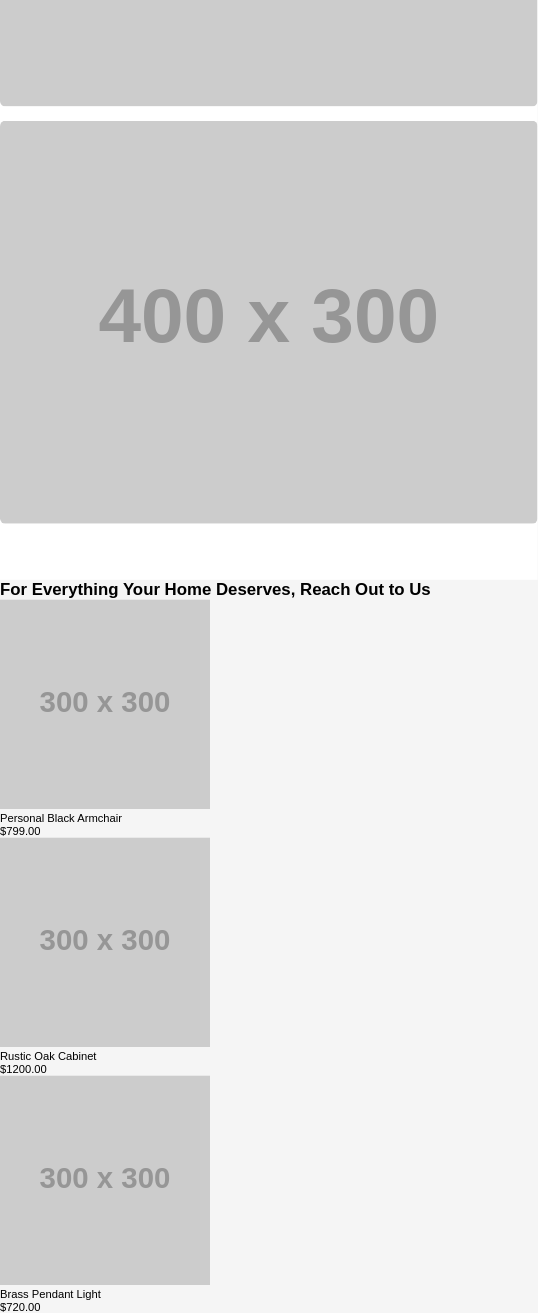
Repository: Patience225/home-decor-studio
Page: index.html
The author's editor kept a copy of each file at every save. The page is drawn from the files as they stood at one save, then again after a run of saves.
The browser window is 768 px wide. The pictures show the part of the page from y = 1646 to 3886 px (the page is 3522 px tall before and 3886 px after), at 70% of full size.

Above is the page before, as saved 2025-01-29 04:33:11.

### index.html
<!DOCTYPE html>
<html lang="en">
<head>
  <meta charset="UTF-8">
  <meta name="viewport" content="width=device-width, initial-scale=1.0">
  <title>HomeArt Studio</title>
  <link rel="stylesheet" href="styles.css">
</head>
<body>
  <header>
    <nav class="navbar">
      <div class="logo">HomeArt Studio</div>
      <ul class="nav-links">
        <li><a href="#">Home</a></li>
        <li><a href="#">About</a></li>
        <li><a href="#">Services</a></li>
        <li><a href="#">Collections</a></li>
        <li><a href="#">Projects</a></li>
        <li><a href="#">Contact</a></li>
      </ul>
      <div class="hamburger">
        <span></span>
        <span></span>
        <span></span>
      </div>
    </nav>
  </header>
  <section class="hero">
    <div class="hero-content">
      <h1>Designs That Breathe Life into Your Home</h1>
      <img src="https://via.placeholder.com/1200x600" alt="Living room design" class="hero-image">
      <div class="hero-stats">
        <div class="stat-item">
          <h2>100%</h2>
          <p>Satisfaction Guarantee</p>
        </div>
        <div class="stat-item">
          <h2>250</h2>
          <p>Projects Completed</p>
        </div>
        <div class="stat-item">
          <h2>3469</h2>
          <p>Happy Clients</p>
        </div>
      </div>
    </div>
  </section>
  <section class="introduction">
    <div class="intro-container">
      <div class="intro-text">
        <h2>Bringing Vision and Expertise to Every Project</h2>
        <p>
          With years of experience and a commitment to excellence, we transform
          spaces into inspiring works of art. Whether you're looking to refresh a room
          or design a completely new living space, we provide personalized solutions
          tailored to your taste and lifestyle.
        </p>
      </div>
      <div class="intro-images">
        <img src="https://via.placeholder.com/400x300" alt="Interior design 1">
        <img src="https://via.placeholder.com/400x300" alt="Interior design 2">
      </div>
    </div>
  </section>
  <section class="call-to-action">
    <div class="cta-container">
      <h2>For Everything Your Home Deserves, Reach Out to Us</h2>
      <div class="cta-images">
        <div class="image-card">
          <img src="https://via.placeholder.com/300x300" alt="Armchair">
          <p class="product-name">Personal Black Armchair</p>
          <p class="product-price">$799.00</p>
        </div>
        <div class="image-card">
          <img src="https://via.placeholder.com/300x300" alt="Cabinet">
          <p class="product-name">Rustic Oak Cabinet</p>
          <p class="product-price">$1200.00</p>
        </div>
        <div class="image-card">
          <img src="https://via.placeholder.com/300x300" alt="Pendant Light">
          <p class="product-name">Brass Pendant Light</p>
          <p class="product-price">$720.00</p>
        </div>
      </div>
    </div>
  </section>

  <script src="script.js"></script>
</body>
</html>

### styles.css
* {
  margin: 0;
  padding: 0;
  box-sizing: border-box;
}

body {
  font-family: 'Arial', sans-serif;
  background-color: #f5f5f5;
}

header {
  width: 100%;
  background-color: white;
  padding: 15px 30px;
  box-shadow: 0 2px 5px rgba(0, 0, 0, 0.1);
  position: fixed;
  top: 0;
  z-index: 10;
}

.navbar {
  display: flex;
  justify-content: space-between;
  align-items: center;
  max-width: 1200px;
  margin: auto;
}

.logo {
  font-size: 1.5rem;
  font-weight: bold;
  color: #333;
}

.nav-links {
  display: flex;
  list-style: none;
}

.nav-links li {
  margin-left: 25px;
}

.nav-links a {
  text-decoration: none;
  color: #333;
  font-size: 1rem;
  transition: color 0.3s ease;
}

.nav-links a:hover {
  color: #0078ff;
}

.hamburger {
  display: none;
  flex-direction: column;
  cursor: pointer;
}

.hamburger span {
  height: 3px;
  width: 25px;
  background: #333;
  margin: 4px 0;
}

@media (max-width: 768px) {
  .nav-links {
    display: none;
    flex-direction: column;
    position: absolute;
    top: 60px;
    right: 0;
    background-color: white;
    width: 100%;
    text-align: right;
  }

  .nav-links.active {
    display: flex;
  }

  .hamburger {
    display: flex;
  }
}

.hero {
  width: 100%;
  background-color: #f9f9f9;
  padding: 80px 0;
  text-align: center;
}

.hero-content h1 {
  font-size: 3rem;
  font-family: 'Georgia', serif;
  color: #333;
  margin-bottom: 20px;
}

.hero-image {
  width: 100%;
  max-width: 1200px;
  height: auto;
  border-radius: 8px;
  margin: 30px 0;
}

.hero-stats {
  display: flex;
  justify-content: space-evenly;
  max-width: 1000px;
  margin: auto;
  padding: 20px 0;
}

.stat-item {
  text-align: center;
}

.stat-item h2 {
  font-size: 2.5rem;
  font-weight: bold;
  color: #0078ff;
}

.stat-item p {
  font-size: 1rem;
  color: #555;
}

@media (max-width: 768px) {
  .hero-content h1 {
    font-size: 2rem;
  }

  .hero-stats {
    flex-direction: column;
    gap: 20px;
  }
}

.introduction {
  background-color: #ffffff;
  padding: 80px 0;
  text-align: left;
}

.intro-container {
  display: flex;
  justify-content: space-between;
  align-items: center;
  max-width: 1200px;
  margin: auto;
}

.intro-text {
  width: 50%;
  padding-right: 20px;
}

.intro-text h2 {
  font-size: 2.5rem;
  font-family: 'Georgia', serif;
  color: #333;
  margin-bottom: 15px;
}

.intro-text p {
  font-size: 1rem;
  line-height: 1.6;
  color: #555;
}

.intro-images {
  display: flex;
  flex-direction: column;
  gap: 20px;
  width: 40%;
}

.intro-images img {
  width: 100%;
  border-radius: 8px;
  object-fit: cover;
}

@media (max-width: 768px) {
  .intro-container {
    flex-direction: column;
    text-align: center;
  }

  .intro-text,
  .intro-images {
    width: 100%;
  }

  .intro-text {
    padding-right: 0;
  }
}

### script.js
const hamburger = document.querySelector('.hamburger');
const navLinks = document.querySelector('.nav-links');

hamburger.addEventListener('click', () => {
  navLinks.classList.toggle('active');
});

After the next 2 saves:
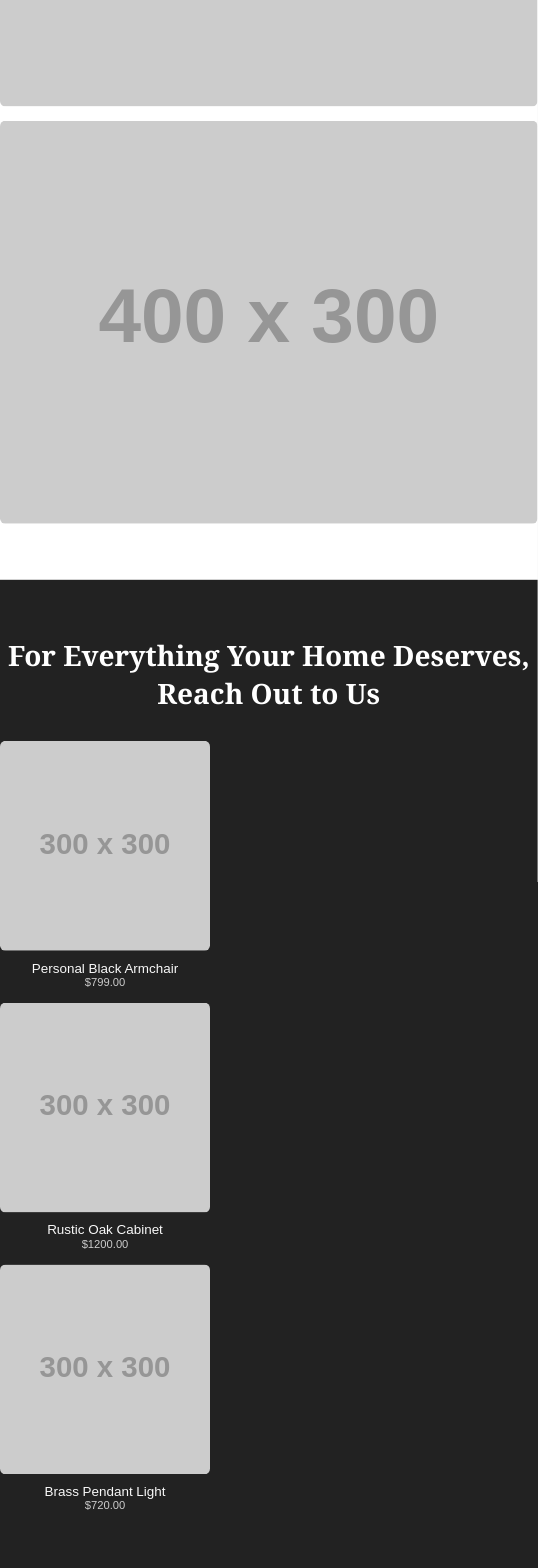
The 2 saves are shown as one change because they came seconds apart.
The last was saved 27 s later.
--- a/styles.css
+++ b/styles.css
@@ -203,3 +203,52 @@ header {
     padding-right: 0;
   }
 }
+
+.call-to-action {
+  background-color: #222;
+  padding: 80px 0;
+  text-align: center;
+  color: #fff;
+}
+
+.cta-container h2 {
+  font-size: 2.5rem;
+  font-family: 'Georgia', serif;
+  color: #ffffff;
+  margin-bottom: 40px;
+}
+
+.cta-images {
+  display: flex;
+  justify-content: center;
+  gap: 40px;
+}
+
+.image-card {
+  text-align: center;
+  max-width: 300px;
+}
+
+.image-card img {
+  width: 100%;
+  border-radius: 8px;
+  object-fit: cover;
+}
+
+.product-name {
+  font-size: 1.2rem;
+  color: #f9f9f9;
+  margin-top: 10px;
+}
+
+.product-price {
+  font-size: 1rem;
+  color: #cccccc;
+}
+
+@media (max-width: 768px) {
+  .cta-images {
+    flex-direction: column;
+    gap: 20px;
+  }
+}
